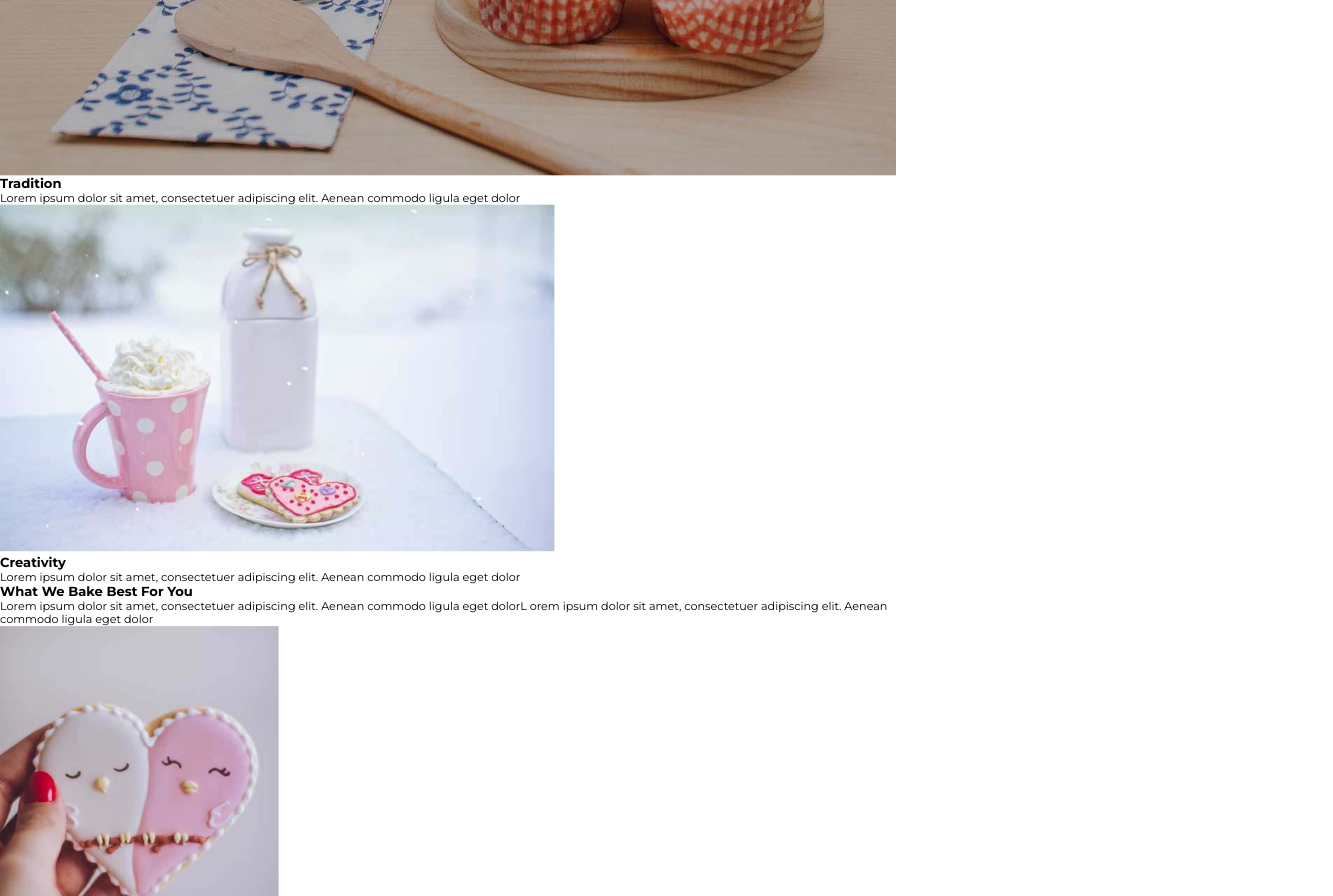
Repository: giahuy405/Bake
Page: index.html
An editor plug-in stored every save of this project. The page is shown before and after the next save, followed by the edit.
The browser window is 1280 px wide. The page is 1280 px wide, then 1904 px, so the pictures cover 1904 px, including what lies to the right of the window. The pictures show the part of the page from y = 619 to 1899 px (the page is 3094 px tall before and 1867 px after), at 70% of full size.

Above is the page before, as saved 2022-09-13 15:12:51.

After the next save:
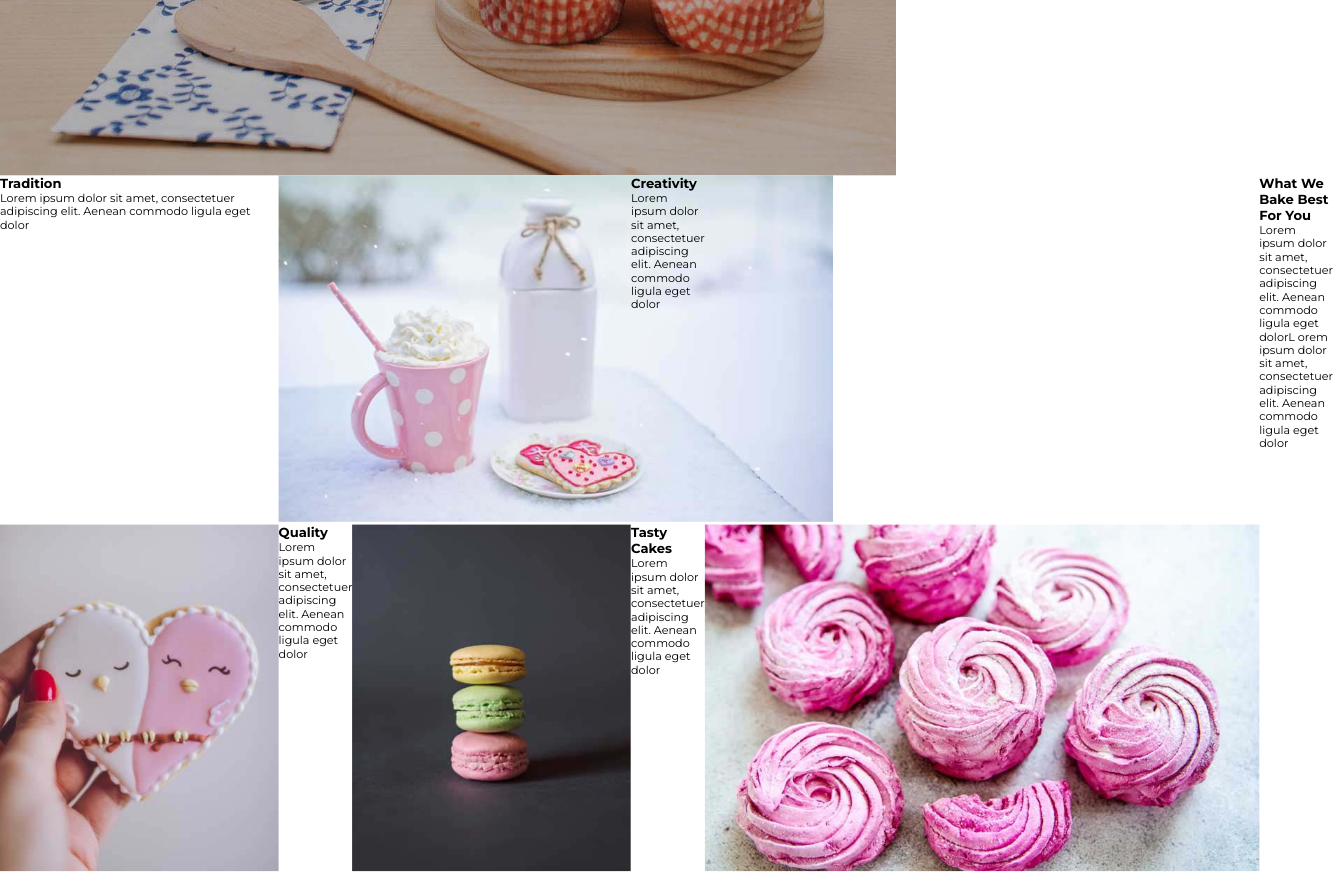
Saved 104 s later.
--- a/css/index.css
+++ b/css/index.css
@@ -75,3 +75,13 @@
     color: black;
     border-color: #ff0e83;
 }
+.intro{
+    display: grid;
+    grid-template-columns: repeat(4,1fr);
+}
+.intro__item:nth-child(2){
+    grid-column: 2 / span 2;
+}
+.intro__item:nth-child(4){
+    grid-column: 9/ span 2;
+}
